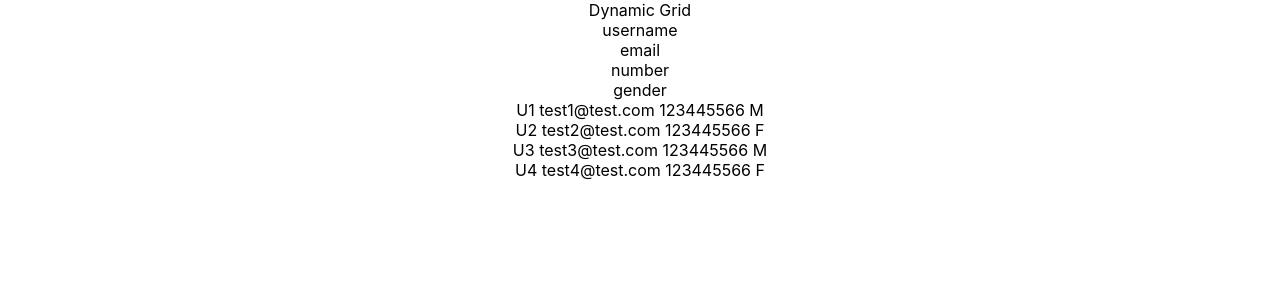
Repository: mayank-tavisca/dynamic-grids
Page: /
These files come from the project's save history. The page is drawn as it stood at one moment and after the next save; the edit follows.
The browser window is 1280 px wide. The pictures show the whole page.
The project was rebuilt for these pictures with package versions that can differ from the ones it lists, and the page was loaded fresh each time.

Above is the page before, as saved 2020-02-03 18:20:14.

After the next save:
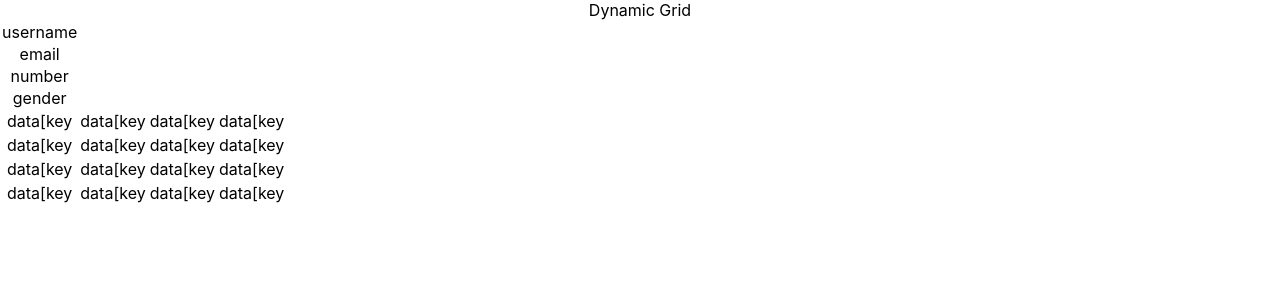
Saved 4 min 28 s later.
--- a/src/dynamic-grid/dynamicGrid.tsx
+++ b/src/dynamic-grid/dynamicGrid.tsx
@@ -43,25 +43,29 @@ const DynamicGrid: React.FC<IProps> = ({ data }) => {
 
   const renderHeader = () => {
     return tableConfig.headerData.map((item: any) => {
-      return <div>{item}</div>;
+      return <thead>{item}</thead>;
+    });
+  };
+
+  const renderRow = (data: any) => {
+    return Object.keys(data).map(key => {
+      return <td>data[key</td>;
     });
   };
 
   const renderData = () => {
     return tableConfig.data.map((item: any) => {
-      return (
-        <div>
-          {item.username} {item.email} {item.number} {item.gender}
-        </div>
-      );
+      return <tr>{renderRow(item)}</tr>;
     });
   };
 
   return (
     <div>
       Dynamic Grid
-      {renderHeader()}
-      {renderData()}
+      <table>
+        {renderHeader()}
+        {renderData()}
+      </table>
     </div>
   );
 };
